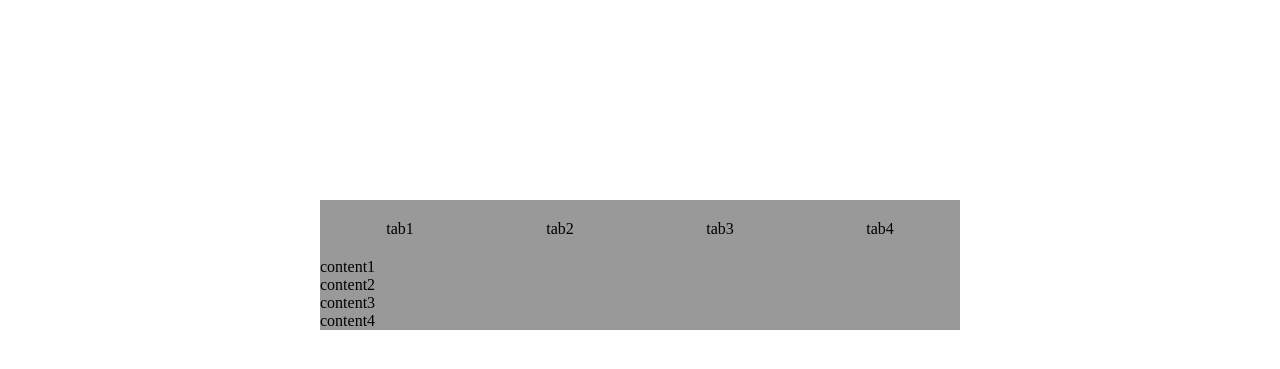
Repository: PCTai/javascript-coban
Page: tab UI/index.html
An editor plug-in stored every save of this project. The page is shown before and after the next save, followed by the edit.
The browser window is 1280 px wide. The pictures show the whole page.

Above is the page before, as saved 2022-02-09 16:48:19.

After the next save:
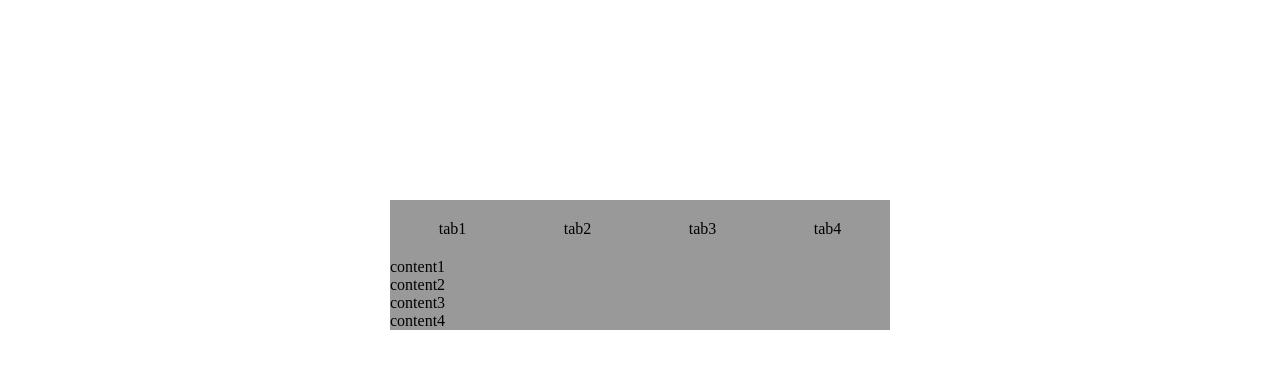
Saved 20 s later.
--- a/tab UI/style.css
+++ b/tab UI/style.css
@@ -4,7 +4,7 @@
     padding: 0;
 }
 .container{
-    width: 50%;
+    width: 500px;
     margin: auto;
     background-color: #999;
     margin-top: 200px;
